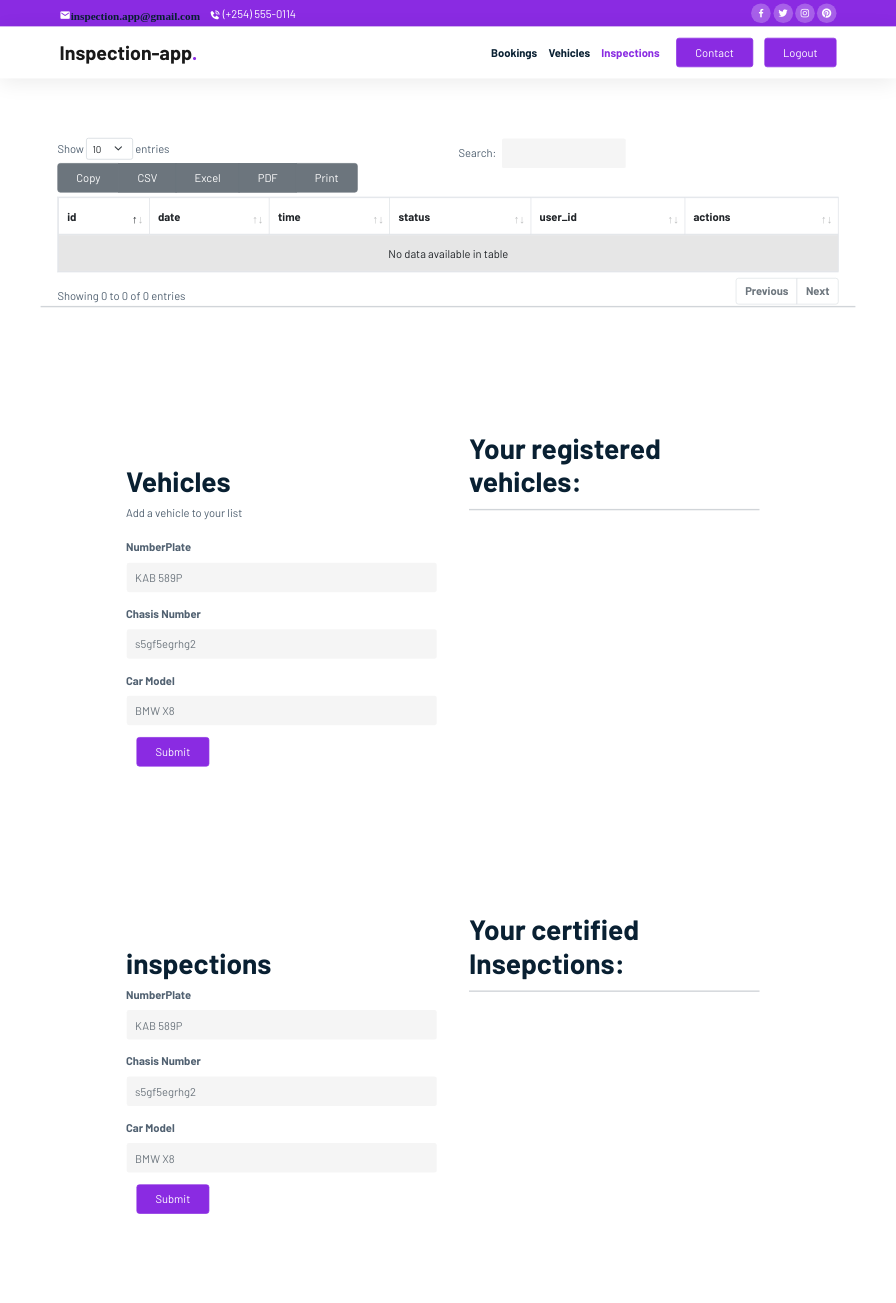
Repository: Jaynie8085/INSPECTION-APP
Page: client/admnDashboard.html
An editor plug-in stored every save of this project. The page is shown before and after the next save, followed by the edit.
The browser window is 1280 px wide. The pictures show the whole page, at 70% of full size.
The page's requests for data from a server got no answer.

Above is the page before, as saved 2022-10-17 05:58:01.
Console error: ReferenceError: fetchBookings is not defined

After the next save:
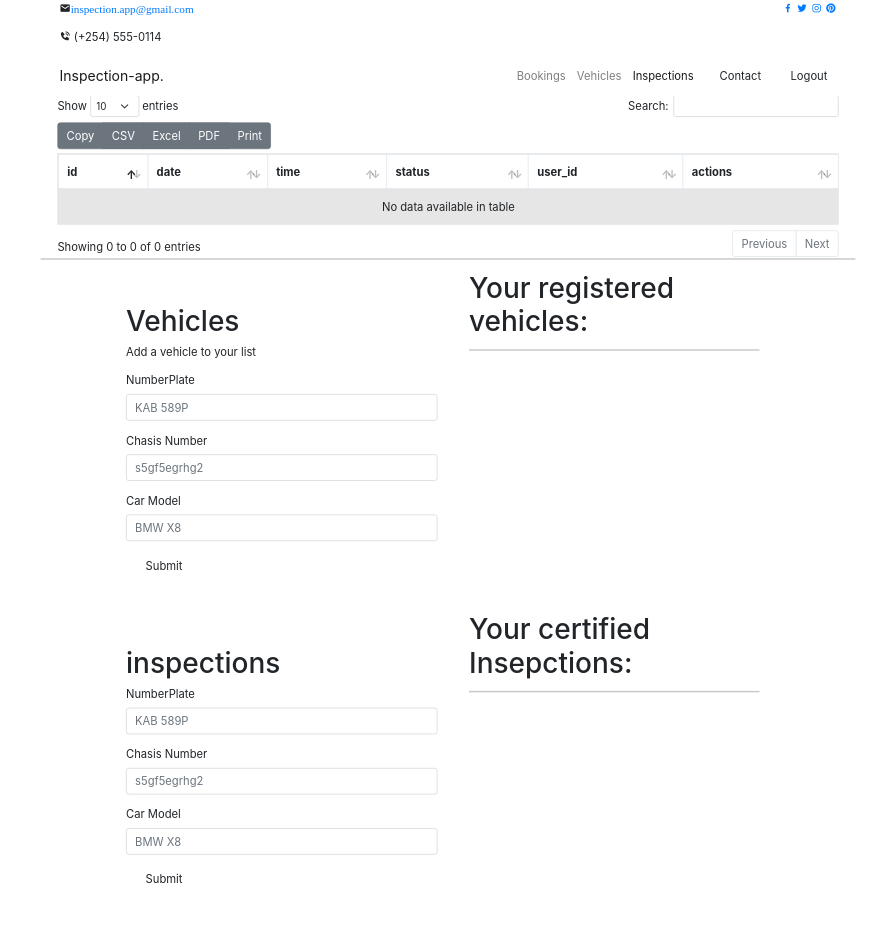
Saved 14 s later.
--- a/client/admnDashboard.html
+++ b/client/admnDashboard.html
@@ -14,7 +14,7 @@
     <link href='https://unpkg.com/boxicons@2.1.1/css/boxicons.min.css' rel='stylesheet'>
     <link rel="stylesheet" href="https://stackpath.bootstrapcdn.com/bootstrap/4.1.3/css/bootstrap.min.css"
         integrity="sha384-MCw98/SFnGE8fJT3GXwEOngsV7Zt27NXFoaoApmYm81iuXoPkFOJwJ8ERdknLPMO" crossorigin="anonymous">
-    <link rel="stylesheet" href="css/style.css">
+    <!-- <link rel="stylesheet" href="css/style.css"> -->
     <link rel="stylesheet" href="assets/css/datatables.min.css">
     <!-- <link rel="stylesheet" href="assets/css/style.css"> -->
     <title>userDashboard</title>

After the save that followed:
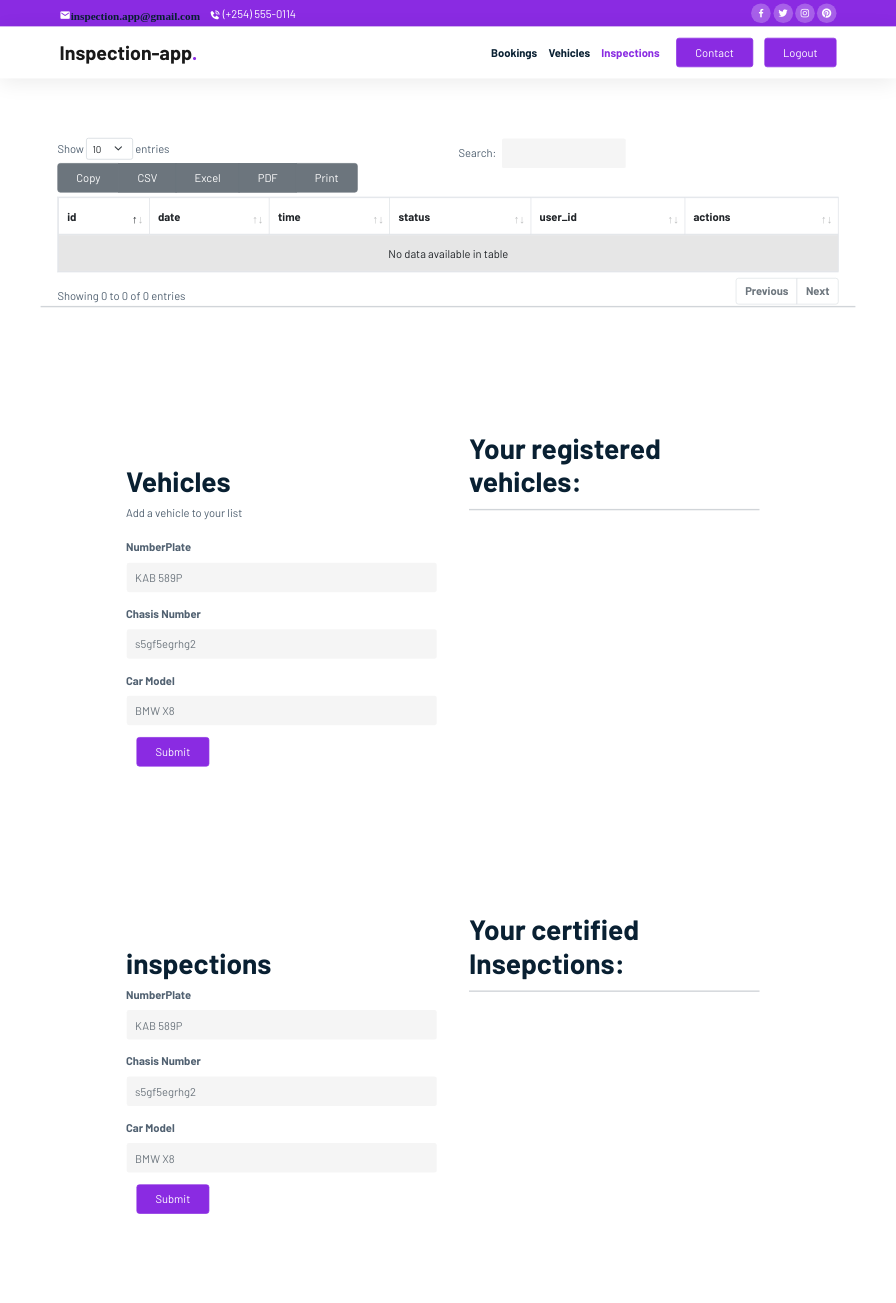
Saved 5 s later.
--- a/client/admnDashboard.html
+++ b/client/admnDashboard.html
@@ -14,7 +14,7 @@
     <link href='https://unpkg.com/boxicons@2.1.1/css/boxicons.min.css' rel='stylesheet'>
     <link rel="stylesheet" href="https://stackpath.bootstrapcdn.com/bootstrap/4.1.3/css/bootstrap.min.css"
         integrity="sha384-MCw98/SFnGE8fJT3GXwEOngsV7Zt27NXFoaoApmYm81iuXoPkFOJwJ8ERdknLPMO" crossorigin="anonymous">
-    <!-- <link rel="stylesheet" href="css/style.css"> -->
+    <link rel="stylesheet" href="css/style.css">
     <link rel="stylesheet" href="assets/css/datatables.min.css">
     <!-- <link rel="stylesheet" href="assets/css/style.css"> -->
     <title>userDashboard</title>
